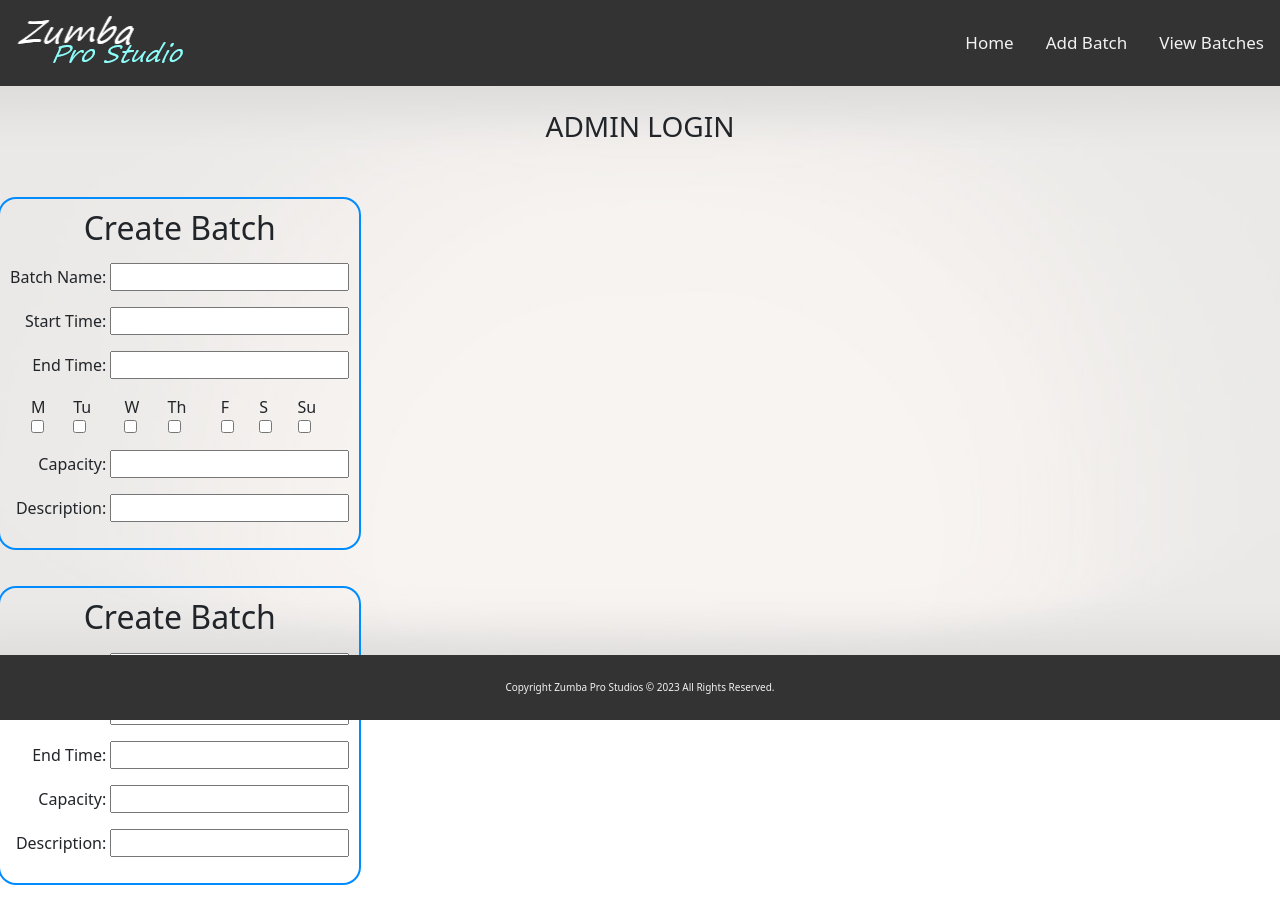
Repository: basemsamuel/Zumba
Page: http://localhost/ZumbaProStudio/adminusers.jsp
The author's editor kept a copy of each file at every save. The page is drawn from the files as they stood at one save, then again after the next save.
The browser window is 1280 px wide. The pictures show the whole page.
The page is served by Tomcat 10.

Above is the page before, as saved 2023-07-30 21:44:24.

After the next save:
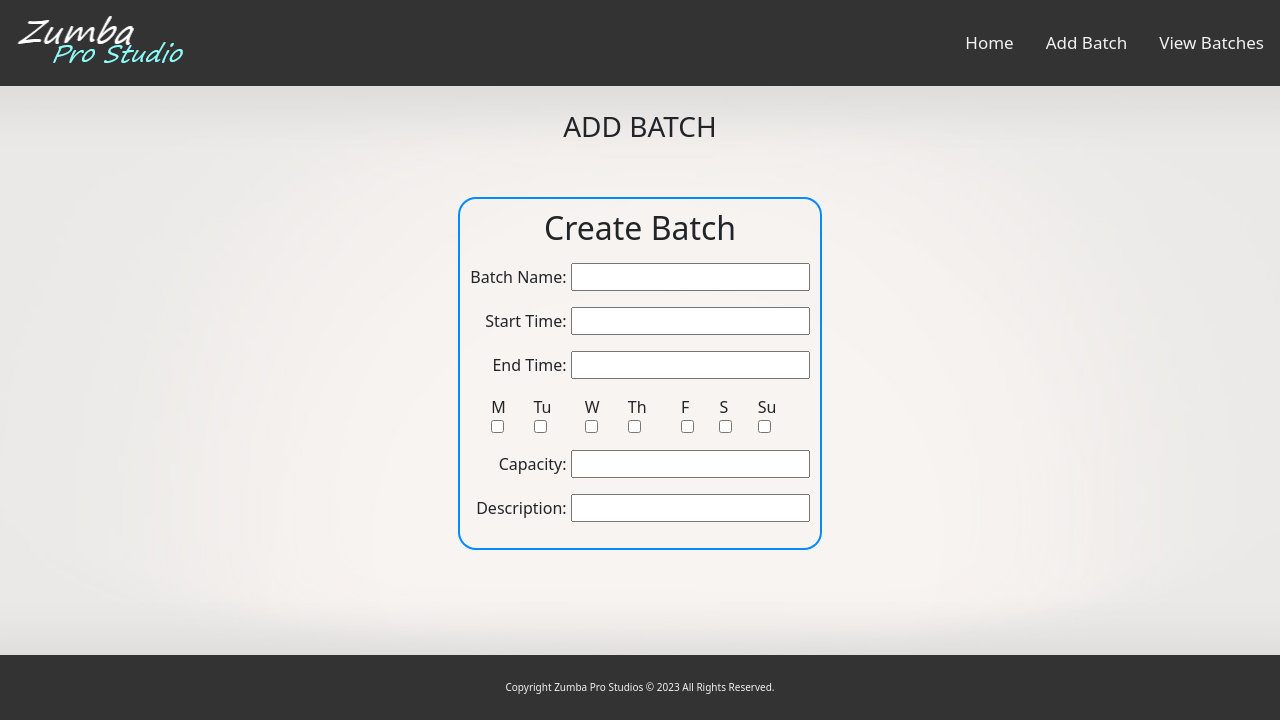
Saved 2 min 12 s later.
--- a/ZumbaProStudio/src/main/webapp/adminusers.jsp
+++ b/ZumbaProStudio/src/main/webapp/adminusers.jsp
@@ -2,10 +2,9 @@
 <div class="mycontainer">
 	<div align="center">
 	<br>
-	<h3>ADMIN LOGIN</h3>
+	<h3>ADD BATCH</h3>
 	<br>
 	<br>
-	</div>
 	<div class="col-xs-6">
 		<table class="formtable">
 			<tr>
@@ -112,71 +111,6 @@
 			</p>
 		</div>
 	</div>
-	<div class="col-5">
-		<table class="formtable">
-			<tr>
-				<td style="padding: 10px;">
-					<div class='center'>
-						<form style="width: 100%;" action="Login" method = "POST">
-						    <h2>Create Batch</h2>
-						    <div>
-						        <p>
-							        <div class='right'>
-							            <label for="name">Batch Name:</label>
-							            <input type="text" id="name" name="name">
-							        </div>
-						        </p>
-						    </div>
-
-						    <div>
-						        <p>
-							        <div class='right'>
-							            <label for="stime">Start Time:</label>
-							            <input type="text" id="stime" name="stime">
-							        </div>
-						        </p>
-						    </div>
-
-
-						    <div>
-						        <p>
-							        <div class='right'>
-							            <label for="etime">End Time:</label>
-							            <input type="text" id="etime" name="etime">
-							        </div>
-						        </p>
-						    </div>
-
-						    <div>
-						        <p>
-							        <div class='right'>
-							            <label for="capacity">Capacity:</label>
-							            <input type="number" id="capacity" name="capacity">
-							        </div>
-						        </p>
-						    </div>
-
-						    <div>
-						        <p>
-							        <div class='right'>
-							            <label for="description">Description:</label>
-							            <input type="number" id="description" name="description">
-							        </div>
-						        </p>
-						    </div>
-						</form>
-					</div>
-
-				</td>
-			</tr>
-		</table>
-		<br>
-		<div class="emsg">
-			<p>
-				${listerrorMessage}
-			</p>
-		</div>
-	</div>
 </div>
 
 <jsp:include page="footer.jsp"></jsp:include>
